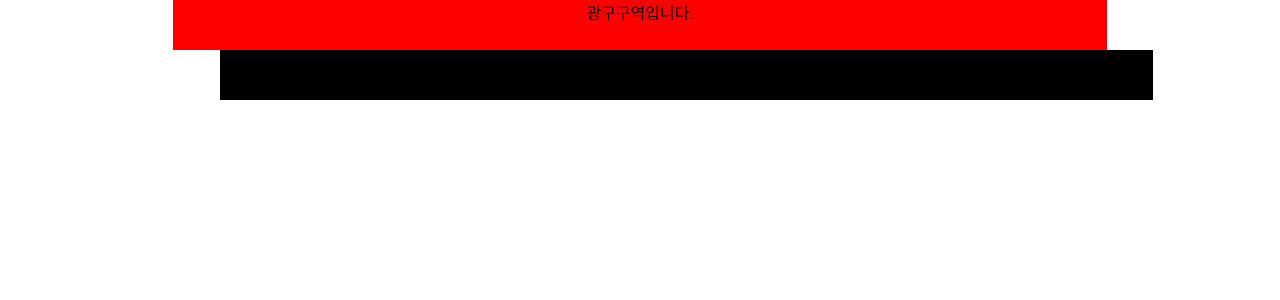
Repository: leehyeonung/myproject
Page: http://localhost/myproject/
An editor plug-in stored every save of this project. The page is shown before and after the next save, followed by the edit.
The browser window is 1280 px wide. The pictures show the whole page.
The page is served by Tomcat 9.

Above is the page before, as saved 2023-03-15 12:25:59.

After the next save:
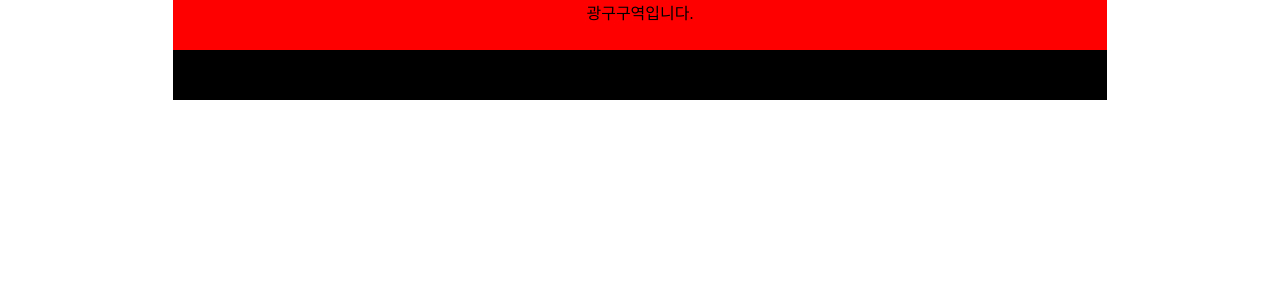
Saved 6 s later.
--- a/myproject/src/main/webapp/resources/css/header.css
+++ b/myproject/src/main/webapp/resources/css/header.css
@@ -11,6 +11,7 @@
 }
 .searchbox{
 	width:100%;
+	margin:0px;
 	height: 50px;
 	background-color: black;
 }
